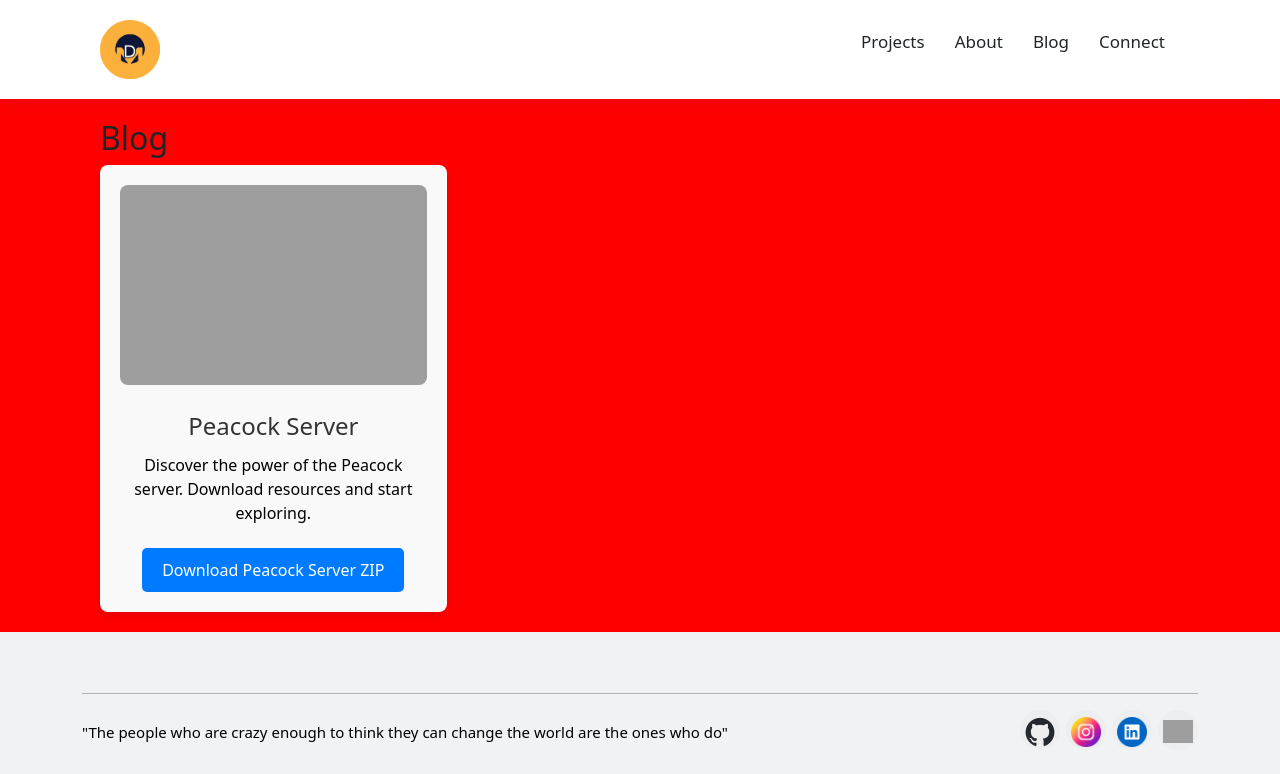
Repository: kaizoku010/firebrand
Page: /blog
An editor plug-in stored every save of this project. The page is shown before and after a run of saves, followed by the edit.
The browser window is 1280 px wide. The pictures show the whole page.
Pictures or frames that could not be fetched are drawn as grey boxes. The project was rebuilt for these pictures with package versions that can differ from the ones it lists, and the page was loaded fresh each time. Also part of the build but not shown: vite.config.js, src/update/homescreen.js, src/update/about.css, src/components/chips.css, src/components/chips.js, src/update/about.js, src/dataPoint/AllProjects.js, src/update/appsPage.js and 2 more.

Above is the page before, as saved 2024-11-11 11:53:47.

### public/index.html
<!DOCTYPE html>
<html lang="en">
  <head>
    <meta charset="utf-8" />
    <link rel="icon" href="%PUBLIC_URL%/logo.ico" />
    <meta name="viewport" content="width=device-width, initial-scale=1" />
    <meta name="theme-color" content="#000000" />
    <meta
      name="description"
      content="Welcome to Firebrand, Home of Dixon Muneza"
    />
    <link rel="apple-touch-icon" href="%PUBLIC_URL%/logo.png" />
    <!--
      manifest.json provides metadata used when your web app is installed on a
      user's mobile device or desktop. See https://developers.google.com/web/fundamentals/web-app-manifest/
    -->
    <link rel="manifest" href="%PUBLIC_URL%/manifest.json" />
    <!--
      Notice the use of %PUBLIC_URL% in the tags above.
      It will be replaced with the URL of the `public` folder during the build.
      Only files inside the `public` folder can be referenced from the HTML.

      Unlike "/favicon.ico" or "favicon.ico", "%PUBLIC_URL%/favicon.ico" will
      work correctly both with client-side routing and a non-root public URL.
      Learn how to configure a non-root public URL by running `npm run build`.
    -->
    <title>Dixon Muneza</title>
    <!-- Global site tag (gtag.js) - Google Analytics -->
<script async src="https://www.googletagmanager.com/gtag/js?id=G-C8GX9VTJ6W"></script>
<script>
  window.dataLayer = window.dataLayer || [];
  function gtag(){dataLayer.push(arguments);}
  gtag('js', new Date());

  gtag('config', 'G-C8GX9VTJ6W');
</script>
  </head>
  <body>
    <noscript>You need to enable JavaScript to run this app.</noscript>
    <div id="root"></div>
    <!--
      This HTML file is a template.
      If you open it directly in the browser, you will see an empty page.

      You can add webfonts, meta tags, or analytics to this file.
      The build step will place the bundled scripts into the <body> tag.

      To begin the development, run `npm start` or `yarn start`.
      To create a production bundle, use `npm run build` or `yarn build`.
    -->
  </body>
</html>

### src/App.js
import React from 'react'
import 'bootstrap/dist/css/bootstrap.css'
import './App.css'
import { BrowserRouter as Router, Routes, Route } from 'react-router-dom'
import Header from './update/header.js'
import HomeScreen from '././update/homescreen.js'
import AboutDixon from '././update/about.js'
import AppPage from './update/appsPage.js'
import Blog from './update/blog.js'
import Footer from '././update/footer.js'
import Connect from './update/connect'


function App () {
  return (
    <Router>
      <div className=''>
      <Header/>
      <Routes>

       <Route path='/' element={<HomeScreen />} />
          <Route path="/apps" element={<AppPage />} />
          <Route path="/about" element={<AboutDixon />} />
          <Route path="/blog" element={<Blog />} />
          <Route path="/connect" element={<Connect />} />

     </Routes>
        <Footer/>
      </div>

    </Router>
  )
}

export default App

### src/App.css
body {
  -webkit-font-smoothing: antialiased;
  background-color: #f3f6f8;
  margin-top: 0px;
  font-family:  ui-sans-serif,system-ui,-apple-system,BlinkMacSystemFont,Segoe UI,Roboto,Helvetica Neue,Arial,Noto Sans,sans-serif,apple color emoji,segoe ui emoji,Segoe UI Symbol,noto color emoji;
;
}

.content{
display: none !important;
}

a {
  text-decoration: none;
  color: #5747ff !important;
}

@media only screen and (max-width: 900px) {
  .holder__ {
    text-align: center;
    padding: 20px;
  }
}

.thumb-lg {
  height: 88px;
  width: 88px;
}
.profile-user-box {
  position: relative;
  border-radius: 5px;
}
.bg-custom {
  /*background-color: #02c0ce !important;  */
  background-color: #02191b !important;
  /* 02191b */
}
.profile-user-box {
  position: relative;
  border-radius: 5px;
}

.card-box {
  padding: 20px;
  position: sticky;
  border-radius: 3px;
  margin-bottom: 30px;
  z-index: 1;
  top: 0;
  background-color: #fff;
}
.inbox-widget .inbox-item img {
  width: 40px;
}

.inbox-widget .inbox-item {
  border-bottom: 1px solid #f3f6f8;
  overflow: hidden;
  padding: 10px 0;
  position: relative;
}

.inbox-widget .inbox-item .inbox-item-img {
  display: block;
  float: left;
  margin-right: 15px;
  width: 40px;
}

.inbox-widget .inbox-item img {
  width: 40px;
}

.inbox-widget .inbox-item .inbox-item-author {
  color: #313a46;
  display: block;
  margin: 0;
}

.inbox-widget .inbox-item .inbox-item-text {
  color: #98a6ad;
  display: block;
  font-size: 14px;
  margin: 0;
}

.inbox-widget .inbox-item .inbox-item-date {
  color: #98a6ad;
  font-size: 11px;
  position: absolute;
  right: 7px;
  top: 12px;
}

.comment-list .comment-box-item {
  position: relative;
}

.comment-list .comment-box-item .commnet-item-date {
  color: #98a6ad;
  font-size: 11px;
  position: absolute;
  right: 7px;
  top: 2px;
}

.comment-list .comment-box-item .commnet-item-msg {
  color: #313a46;
  display: block;
  margin: 10px 0;
  font-weight: 400;
  font-size: 15px;
  line-height: 24px;
}

.comment-list .comment-box-item .commnet-item-user {
  color: #98a6ad;
  display: block;
  font-size: 14px;
  margin: 0;
}

.comment-list a + a {
  margin-top: 15px;
  display: block;
}

.ribbon-box .ribbon-primary {
  background: #2d7bf4;
}

.ribbon-box .ribbon {
  position: relative;
  float: left;
  clear: both;
  padding: 5px 12px 5px 12px;
  margin-left: -30px;
  margin-bottom: 15px;
  font-family: Rubik, sans-serif;
  -webkit-box-shadow: 2px 5px 10px rgba(49, 58, 70, 0.15);
  -o-box-shadow: 2px 5px 10px rgba(49, 58, 70, 0.15);
  box-shadow: 2px 5px 10px rgba(49, 58, 70, 0.15);
  color: #fff;
  font-size: 13px;
}
.text-custom {
  color: #949797 !important;
}

.badge-custom {
  background: #02c0ce;
  color: #fff;
}
.badge {
  font-family: Rubik, sans-serif;
  -webkit-box-shadow: 0 0 24px 0 rgba(0, 0, 0, 0.06),
    0 1px 0 0 rgba(0, 0, 0, 0.02);
  box-shadow: 0 0 24px 0 rgba(0, 0, 0, 0.06), 0 1px 0 0 rgba(0, 0, 0, 0.02);
  padding: 0.35em 0.5em;
  font-weight: 500;
}
.text-muted {
  color: #98a6ad !important;
}
project_list
.font-13 {
  font-size: 13px !important;
}

.fire-text {
  text-align: justify;
}

@media screen and (max-width: 800px) {
  .card-box {
    padding: 20px !important;
    position: sticky;
    border-radius: 3px;
    margin-bottom: 30px;
    z-index: 1;
    top: 0;
    background-color: #fff;
  }
}


.main-color{
  color: #fbb03b;
}

### src/update/header.js
import React from 'react'
import "./header.css"
import Logo from "../img/logo.png"
import Email from "../img/email.png"
import { Link } from "react-router-dom";

function header() {
  return (
      <header class="header">
    <nav>
    <div class="logo">
          <a class="name_logo" href="index.html">Muneza.<span>Dixon</span></a>
        <Link to="/">  <img class="fireband-logo" src={ Logo} /></Link>
    </div>
    <input type="checkbox" id="menu-toggle"/>
    <label for="menu-toggle" class="menu-icon">&#9776;</label>
    <ul class="menu">
      <li><Link to={"apps"}>Projects</Link></li>
      <li><Link to={"about"} href="#">About</Link></li>
      <li><Link to={"blog"}>Blog</Link></li>
      <li><a href={"connect"}>Connect</a></li>
    </ul>
  </nav>
</header>
  )
}
// #9f0009 reds
export default header

### src/update/blog.js
import React from 'react';
import '../update/blog.css';
import PP from "../img/pp.png";

function Blog() {
  // Mock data for blog items
  const blogs = [
    { id: 1, title: 'Peacock Server', description: 'Discover the power of the Peacock server. Download resources and start exploring.' },
  ];

  // Download handler for the main blog item
  const handleDownload = () => {
    const fileUrl = '/resources/peacock-server.zip'; // Adjust the path as needed
    window.location.href = fileUrl;
  };

  return (


    <div className='blog-page'>
          <h2 className='blog-title'>Blog</h2>

         <div className="blog-grid">
      {blogs.map((blog) => (
        <div key={blog.id} className="blog-item">

          {blog.id === 1 && <img src={PP} alt="Peacock Server" className="blog-item-image" />}
          <h2 className="blog-item-title">{blog.title}</h2>
          <p className="blog-item-description">{blog.description}</p>
          {blog.id === 1 && (
            <button className="download-button" onClick={handleDownload}>
              Download Peacock Server ZIP
            </button>
          )}
        </div>
      ))}
    </div>
    </div>
  );
}

export default Blog;

### src/update/footer.js
import React from 'react'
import "./footer.css"
// import { FontAwesomeIcon } from '@fortawesome/react-fontawesome'
import CodeIc from "../img/github-mark.png"
import IG from "../img/instagram.png"
import DeviantArt from "../img/deviantart.png"
import LinkedIn from "../img/linked.png"
// import { faInstagram } from '@fortawesome/free-brands-svg-icons'

function footer() {
  return (
    <footer class="site-footer">
      <div class="container">
        <hr/>
      </div>
      <div class="container">
        <div class="row">
          <div class="col-md-8 col-sm-6 col-xs-12">
            <p class="copyright-text">"The people who are crazy enough to think they can change the world are the ones who do"
            </p>
          </div>

          <div class="col-md-4 col-sm-6 col-xs-12">
            <ul class="social-icons">
            <li><a   target='_blank' class="facebook" href="https://github.com/kaizoku010"><img  class="facebook"   src={CodeIc} /></a></li>
              <li><a target='_blank' class="facebook" href="https://www.instagram.com/ug.firebrand/"><img class="facebook" src={IG} /></a></li>
              <li><a   target='_blank' class="facebook" href="https://www.linkedin.com/in/dixon-muneza-a0a1b510a"><img  class="facebook"  src={LinkedIn} /></a></li>
              <li><a   target='_blank' class="facebook" href="https://www.deviantart.com/imfaceless"><img  class="facebook"  src={DeviantArt} /></a></li>
              </ul>
          </div>
        </div>
      </div>
</footer>
  )
}

export default footer

### src/update/header.css
header_div {
    padding: 0;
    margin: 0;
    box-sizing: border-box;
    font-family: sans-serif;
    text-decoration: none;
    list-style: none;
  }


  .name_logo{
    display:none;
  }

  .header {
    position: sticky;
    top: 0;
    grid-area: header;
    width: 100%;
    box-shadow: 0 4px 20px hsla(207, 24%, 35%, 0.1);
    background-color: white;
    z-index: 2;
  }

  .email-ic{
    width:38px;
  }

  nav {
    display: flex;
    justify-content: space-between;
    align-items: center;
    padding: 20px 100px;
  }

  .logo a {
    font-size: 24px;
    font-weight: bold;
    color: #fff;
  }

  .logo a span {
    color: #8739fa;
  }


  .menu {
    display: flex;
    list-style:none;
    justify-content: center;
    align-items: center;
  }

  .menu a {
    display: block;
    padding: 7px 15px;
    font-size: 17px;
    font-weight: 500;
    transition: 0.2s all ease-in-out;
    color: #fff;
  }

  .menu:hover a {
    opacity: 0.4;
  }

  .menu a:hover {
    opacity: 1;
    color: #fff;
  }

  .menu-icon {
    display: none;
  }

  #menu-toggle {
    display: none;
  }

  #menu-toggle:checked ~ .menu {
    transform: scale(1, 1);
  }

  @media only screen and (max-width: 950px) {
    .menu {
      flex-direction: column;
      background-color: white;
      align-items: start;
      position: absolute;
      top: 82px;
      left: 0;
      width: 100%;
      z-index: 1;
      padding-left: 10px;
      transform: scale(1, 0);
      transform-origin: top;
      transition: transform 0.3s ease-in-out;
      box-shadow: rgba(0, 0, 0, 0.15) 1.95px 1.95px 2.6px;
    }

    nav {
      display: flex;
      justify-content: space-between;
      align-items: center;
      padding: 18px 30px;
  }

    .name_logo{
        display:none;
      }

    .menu a {
      margin-left: 12px;
    }

    .menu li {
      margin-bottom: 10px;
    }

    .menu-icon {
      display: block;
      color: black;
      font-size: 28px;
      cursor: pointer;
    }
    /* my logo */

  .fireband-logo{
    width: 50px !important;

  }
  }



  .fireband-logo{
    width: 60px;
  }


  .header a {
    color:#212529 !important
      }
    .header a:hover {
        color:#fbb03b !important;
    }

### src/update/homescreen.css
.homepage{
    /* margin-top: 50px; */
    display: flex;
    place-content: center;
    height: 100vh;
    align-items: center;
    position: relative;

    min-height: 500px;
}

.main-content{
    text-align: center;
    display: flex;
    flex-direction: column;
}

#userImage{
    border-radius: 50% !important;
    align-self: center;
    margin-bottom: 10px;
    width: 60%;
}

.userName{
    letter-spacing: -.05em;
    font-size: 2.5rem;
    text-align: center;
    background: -webkit-radial-gradient(#030303, #010001);
    -webkit-background-clip: text;
    background-clip: text;
    -webkit-text-fill-color: transparent;
    line-height: 1;
    font-weight: 700;
    white-space: nowrap;
}

.userRole{
    max-width: 48rem;
    font-size: 20px;
    font-weight: 100;
    margin-left: auto;
    letter-spacing: -.025em;
    color: rgb(17 24 39 / var(50%));
    text-align: center;
    margin-right: auto;
}

.site-holder{
    padding-left: 1.5rem;
    flex-wrap: nowrap;
    padding-right: 1.5rem;
    gap: 1.5rem;
    margin-top: 0.5rem;
    margin-bottom: 0.5rem;
    justify-content: center;
    display: flex;
    flex-direction: row;
}

#btn-projects{
    color: rgb(255 255 255 / var(10%));
    padding-top: 0.75rem;
    background-color: #fbb03b;
    padding-bottom: 0.75rem;
    opacity: 1;
    line-height: 1.375;
    color: black;
    font-weight: 500;
    border-radius: 2.5rem;
    border-color: #fbb03b45;
    padding-left: 2rem;
    padding-right: 2rem;
}

#btn-projects:hover{
    background-color: #efa123;

}


.project-ic{
    height:26px;
    padding-right: 5px;

    padding-left: 5px;
    margin-bottom: 5px !important;
}

#btn-code{
background-color:  rgb(17 24 39);
color: rgb(255 255 255 / var(10%));
padding-top: 0.75rem;
padding-bottom: 0.75rem;
opacity: 1;
line-height: 1.375;
color: white;
font-weight: 500;
border-radius: 2.5rem;
border-color: #fbb03b45;
padding-left: 2rem;
padding-right: 2rem;
}

#btn-code:hover{
    background-color: rgb(71, 74, 81);

}

@media only screen and (max-width: 950px) {
    .homepage {
        display: flex;
        place-content: center;
        height: 100%;
        align-items: center;
        position: relative;
    }

    .site-footer {
        position: relative;
        background-color: #f0f2f4e4;
        padding: 0px 0 20px !important;
        font-size: 15px;
        line-height: 24px;
        color: #737373;
    }
}

### src/update/appsPage.css
.appsHolder {
  background-color: #e3ecf6 !important;
  padding-right: 1.5em;
  padding-left: 1.5em;
}

.appsHeading {
  text-align: center;
  font-size: 3.75em;
  line-height: 1;
  margin-bottom: 4rem;
  font-weight: 700;
  letter-spacing: -0.05em !important;
  padding: 50px;
}

.sites-holder {
  place-content: center !important;
}

.apps-span {
  color: #fbb03b;
}

.sites {
  display: flex;
  gap: 50px;
  place-content: center !important;
}

.top-element:hover {
  box-shadow: 0 4px 8px 0 rgba(0, 0, 0, 0.2), 0 4px 20px 0 rgba(0, 0, 0, 0);
  transition: 0.75rem;
}

.top-element {
  cursor: pointer;
  width: -moz-fit-content;
  width: fit-content;
  background-color: white;
  display: flex;
  padding: 30px;
  height: 100%;
  border-radius: 10px;
  align-items: center;
  flex-direction: row;
}

.site-title {
  font-size: 1.875rem;
  line-height: 2.25rem;
  color: black;
  font-weight: 700;
  margin-bottom: 0.125rem;
}

.site-title:hover {
  color: #f2b44d;
}
.site-logo {
  width: 100px;
  align-self: center;
  height: 100px;
  border-radius: 0px;
}
.site-text-holder {
  display: flex;
  padding-left: 20px;
  flex-direction: column;
}
.site-desc {
  font-size: 1.24rem;
  font-weight: 400;
  color:black !important;
  line-height: 1.75rem;
}
.chip{
  background-color: rgb(127 255 127 / 56%) !important;
}
.chip-layout {
  display: flex;
  gap: 12px;
}
.sites-list {
  display: grid;
  grid-template-columns: repeat(2, auto);
  grid-template-rows: auto;
  padding: 1%;
  gap: 20px;
  list-style-type: none;
  margin: .5rem !important;
  height: -webkit-max-content;
  height: max-content;
}
/* mobile view */
@media only screen and (max-width: 950px) {
  .sites-list {
    display: grid;
    grid-template-columns: repeat(1, auto);
    grid-template-rows: auto;
    padding: 1%;
    gap: 10px;
    list-style-type: none;
    margin: 1rem;
    height: -webkit-max-content;
    height: max-content;
  }
  .site-title:hover {
    color: #f2b44d;
  }
  .site-desc {
    font-size: 1.1rem !important;
    font-weight: 400;
    color: black !important;
    line-height: 1.5rem;
    margin-bottom: 8%;


}

.chip {
  padding: 5px 10px;
  border-radius: 50px;
  margin-bottom: 4% !important;
  display: inline-block;
  color: white;
}

  .appsHolder {
    background-color: #e3ecf6 !important;
    padding-right: 0.5em;
    padding-left: 0.5em;
  }

  .site-logo {
    /* width: 100%; */
    align-self: center;
    margin-left: 20px !important;
    height: 20%;
    border-radius: 0px;
  }

  .appsHeading {
    text-align: center !important;
    font-size: 3em !important;
    line-height: 1;
    padding: 10% !important;
    margin-bottom: 0rem !important;
    font-weight: 700;
    letter-spacing: -0.05em !important;
    padding: 8px;
}

  .top-element {
    cursor: pointer;
    width: -moz-fit-content;
    width: fit-content;
    height: fit-content;
    display: block !important;
    background-color: white;
    padding: 5px;
    border-radius: 10px;
    flex-direction: row;
  }
}

.link-list {
  color: black;
  text-decoration: none !important;
}

a{
  color: black;
  text-decoration: none !important;
}

p{
  color: black !important;
}

### src/update/blog.css
.blog-holder{
height:100vh;

}

.blog-page{
    display: flex;
    align-items: left;
    flex-direction: column;
    background-color: red;
    padding: 20px 100px;

}

.blog-title{

}

.blog-grid {
    display: grid;
    grid-template-columns: repeat(3, 1fr);
    gap: 20px;
  }

  .blog-item {
    background-color: #f9f9f9;
    padding: 20px;
    border-radius: 8px;
    box-shadow: 0 4px 8px rgba(0, 0, 0, 0.1);
    text-align: center;
  }

  .blog-item-title {
    font-size: 1.5em;
    margin: 0.5em 0;
    color: #333;
  }

  .blog-item-description {
    font-size: 1em;
    color: #666;
    margin: 0.5em 0;
  }

  .download-button {
    margin-top: 15px;
    padding: 10px 20px;
    font-size: 1em;
    color: white;
    background-color: #007bff;
    border: none;
    border-radius: 5px;
    cursor: pointer;
  }

  .download-button:hover {
    background-color: #0056b3;
  }

  @media (max-width: 768px) {
    .blog-grid {
      grid-template-columns: repeat(2, 1fr);
    }
  }

  @media (max-width: 480px) {
    .blog-grid {
      grid-template-columns: 1fr;
    }
  }


.blog-container{
text-align: center;
border: 0px solid;
position: absolute;
top: 50%;
left: 50%;
transform: translate(-50%, -50%);
padding: 10px;
width: -moz-fit-content;
width: fit-content;
/* margin: 100px 300px 100px 300px; */
}

.coming-soon-title{
font-weight: 900;
text-align: left !important;
font-size: 5em;
}

.soon-span{
    color: #fbb03b;
}

.coming-soon-text{
    text-align: left !important;
}

.blog-image-holder{
width: -moz-fit-content;
width: fit-content;
}

.blog-item-image {
    width: 100%;
    height: auto;
    max-height: 200px;
    margin-bottom: 15px;
    border-radius: 8px;
    object-fit: cover;
  }


.blog-image{

    height:300px;
}

/* mobile view */
@media only screen and (max-width: 950px) {
    .blog-container {
        text-align: center;
        border: 0px solid;
        position: absolute;
        top: 63%;
        left: 50%;
        transform: translate(-50%, -50%);

        width: -moz-fit-content;
        width: fit-content;

    }


.coming-soon-title{
    line-height:0.8;
    font-weight: 900;
    text-align: left !important;
    font-size: 5em;
    }
    }

### src/update/footer.css
.site-footer
{
  position: relative;
  background-color:#f0f2f4e4;
  padding:45px 0 20px;
  font-size:15px;
  line-height:24px;
  color:#737373;
}

.row{
  align-items: center !important;
}

.facebook{
    width: 30px;
}
.site-footer hr
{
  border-top-color:#bbb;
  opacity:0.5
}
.site-footer hr.small
{
  margin:20px 0
}
.site-footer h6
{
  color:#fff;
  font-size:16px;
  text-transform:uppercase;
  margin-top:5px;
  letter-spacing:2px
}
.site-footer a
{
  color:#737373;
}
.site-footer a:hover
{
  color:#3366cc;
  text-decoration:none;
}
.footer-links
{
  padding-left:0;
  list-style:none
}
.footer-links li
{
  display:block
}
.footer-links a
{
  color:#737373
}
.footer-links a:active,.footer-links a:focus,.footer-links a:hover
{
  color:#3366cc;
  text-decoration:none;
}
.footer-links.inline li
{
  display:inline-block
}
.site-footer .social-icons
{
  text-align:right
}
.site-footer .social-icons a
{
  width:40px;
  height:40px;
  line-height:40px;
  margin-left:6px;
  margin-right:0;
  border-radius:100%;
}
.copyright-text
{
  margin:0
}
@media (max-width:991px)
{
  .site-footer [class^=col-]
  {
    margin-bottom:30px
  }
}
@media (max-width:767px)
{

  .copyright-text{
    margin:10px;
  }
  .site-footer
  {
    padding-bottom:0
  }
  .site-footer .copyright-text,.site-footer .social-icons
  {
    text-align:center
  }
}
.social-icons
{
  padding-left:0;
  margin-bottom:0;
  list-style:none
}
.social-icons li
{
  display:inline-block;
  margin-bottom:4px
}
.social-icons li.title
{
  margin-right:15px;
  text-transform:uppercase;
  color:#96a2b2;
  font-weight:700;
  font-size:13px
}
.social-icons a{
  background-color:#eceeef;
  color:#818a91;
  font-size:16px;
  display:inline-block;
  line-height:44px;
  width:44px;
  height:44px;
  text-align:center;
  margin-right:8px;
  border-radius:100%;
  -webkit-transition:all .2s linear;
  -o-transition:all .2s linear;
  transition:all .2s linear
}
.social-icons a:active,.social-icons a:focus,.social-icons a:hover
{
  color:#fff;
  background-color:#ebebeb
}
.social-icons.size-sm a
{
  line-height:34px;
  height:34px;
  width:34px;
  font-size:14px
}
.social-icons a.facebook:hover
{
  background-color:#e7e9e9
}
.social-icons a.twitter:hover
{
  background-color:#00aced
}
.social-icons a.linkedin:hover
{
  background-color:#007bb6
}
.social-icons a.dribbble:hover
{
  background-color:#ea4c89
}
@media (max-width:767px)
{
  .social-icons li.title
  {
    display:block;
    margin-right:0;
    font-weight:600
  }
}

Loaded but not shown: src/index.js (common file); src/index.css (common file); src/reportWebVitals.js (common file)

After the next 3 saves:
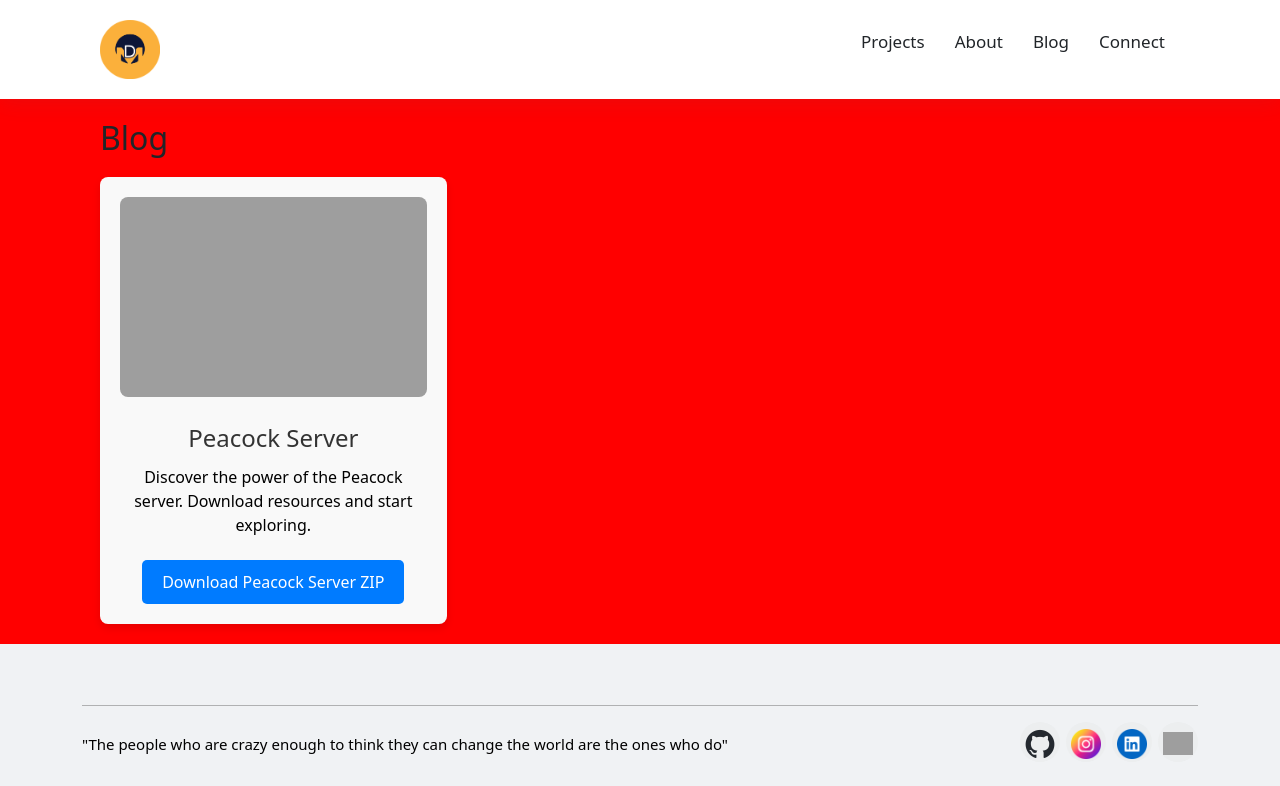
The 3 saves are shown as one change because they came seconds apart.
The last was saved 9 s later.
--- a/src/update/blog.css
+++ b/src/update/blog.css
@@ -20,7 +20,8 @@ height:100vh;
     display: grid;
     grid-template-columns: repeat(3, 1fr);
     gap: 20px;
-  }
+padding-top: 12px;
+}
 
   .blog-item {
     background-color: #f9f9f9;
